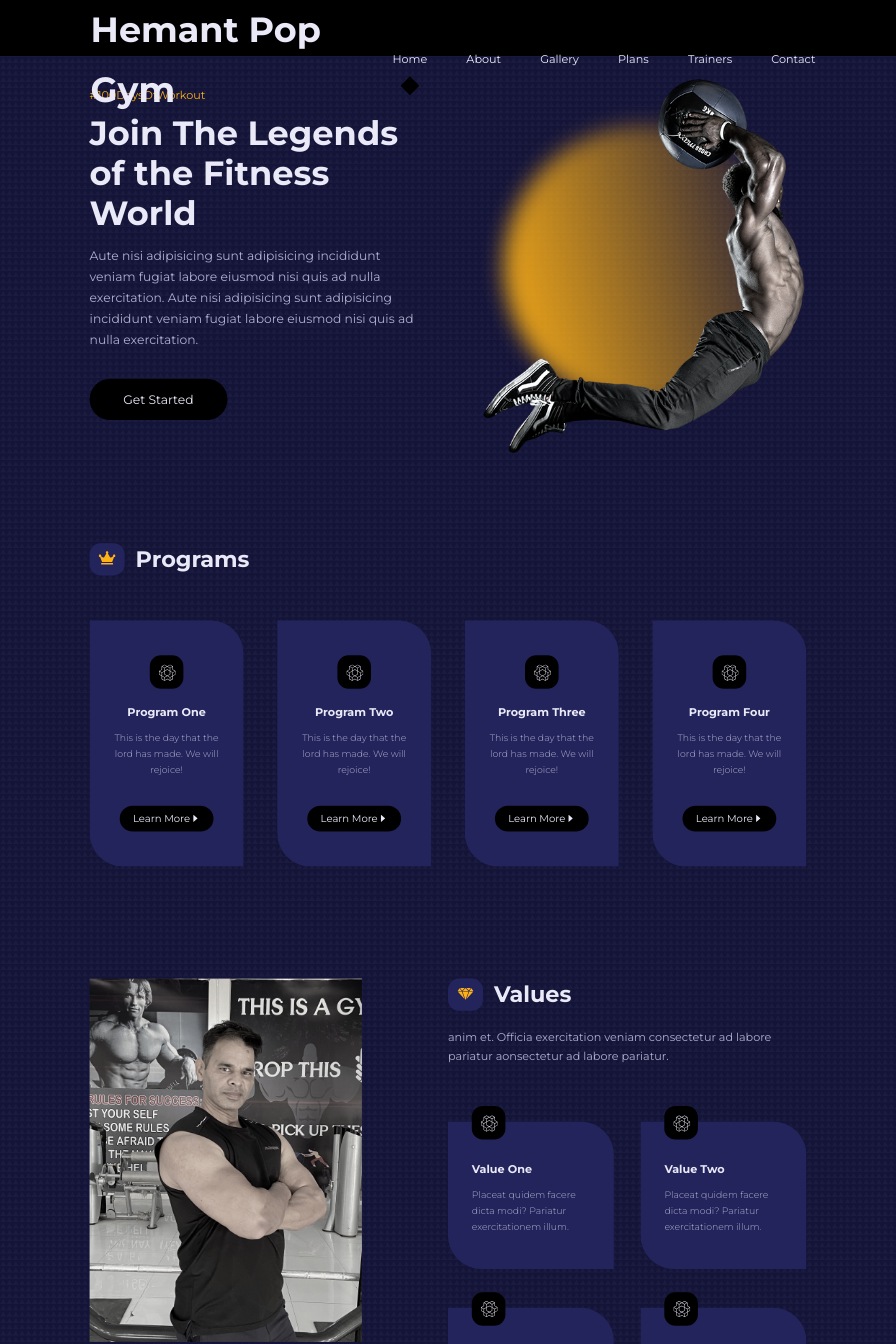
Repository: aryaMode/gym-portfolio
Page: /
The author's editor kept a copy of each file at every save. The page is drawn from the files as they stood at one save, then again after the next save.
The browser window is 1280 px wide. The pictures show the part of the page from y = 0 to 1920 px (the page is 3960 px tall), at 70% of full size.
The project was rebuilt for these pictures with package versions that can differ from the ones it lists, and the page was loaded fresh each time. Also part of the build but not shown: src/pages/about/about.css, src/components/Header.jsx, src/pages/about/About.jsx, src/pages/contact/contact.css, src/pages/contact/Contact.jsx, src/pages/gallery/gallery.css, src/pages/gallery/Gallery.jsx, src/pages/notFound/notFound.css and 6 more.

Above is the page before, as saved 2023-07-20 16:17:34.

### public/index.html
<!DOCTYPE html>
<html lang="en">

<head>
    <meta charset="UTF-8">
    <meta http-equiv="X-UA-Compatible" content="IE=edge">
    <meta name="viewport" content="width=device-width, initial-scale=1.0">
    <title>Portfolio Website</title>
    <!-- GOOGLE FONTS (montserrat) -->
    <link href="https://fonts.googleapis.com/css2?family=Montserrat:wght@300;400;500;600;700&display=swap"
        rel="stylesheet">
</head>

<body>
    <div id="root"></div>
</body>

</html>

### src/App.jsx
// rafce -> shortcut to create component and export
import { BrowserRouter, Routes, Route } from "react-router-dom";
import React from "react";
import Home from "./pages/home/Home";
import About from "./pages/about/About";
import Contact from "./pages/contact/Contact";
import Gallery from "./pages/gallery/Gallery";
import NotFound from "./pages/notFound/NotFound";
import Plans from "./pages/plans/Plans";
import Trainers from "./pages/trainers/Trainers";
import Navbar from "./components/Navbar";
import Footer from "./components/Footer";

const App = () => {
	return (
		<BrowserRouter>
			<Navbar />
			<Routes>
				<Route index element={<Home />} />
				<Route path="about" element={<About />} />
				<Route path="contact" element={<Contact />} />
				<Route path="gallery" element={<Gallery />} />
				<Route path="plans" element={<Plans />} />
				<Route path="trainers" element={<Trainers />} />
				<Route path="*" element={<NotFound />} />
			</Routes>
			<Footer />
		</BrowserRouter>
	);
};

export default App;

### src/index.css
 *, *::before, *::after{
    margin: 0;
    padding: 0;
    border: 0;
    outline: 0;
    list-style: none;
    text-decoration: none;
    box-sizing: border-box;
 }

 /* CSS Global variable starts with :root {...} check w3school docs for more  info */
 :root{
    --primary-hue: 210;
    --gray-hue: 240;
    /* hsl (hue, saturation, lightness) */
    --color-primary: black;
    --color-primary-variant: hsl(var(--primary-hue), 100%, 65%);
    --color-secondary: #ffb116;
    --color-gray-100: hsl(var(--gray-hue), 47%, 94%); /*almost white colour lightness is almost 100%*/
    --color-gray-200: hsl(var(--gray-hue), 26%, 75%);
    --color-gray-300: hsl(var(--gray-hue), 24%, 64%);
    --color-gray-400: hsl(var(--gray-hue), 16%, 41%);
    --color-gray-500: hsl(var(--gray-hue), 44%, 25%);
    --color-gray-600: hsl(var(--gray-hue), 48%, 15%);

    --container-width-lg: 80%;
    --container-width-md: 90%;

    --transition: all 500ms ease; /* make sure all transition have a constant effect*/
 }

  /******************** GENERAL STYLES ********************/
  body{
    font-family: "Montserrat", sans-serif;
    color: var(--color-gray-200);
    line-height: 1.7;
    overflow-x: hidden;
    background: var(--color-gray-600) url(./images/bg_texture.png);
  }

  .container{
    width: var(--container-width-lg);
    max-width: 1920px;
    margin-inline: auto;
  }

  h1, h2, h3, h4, h5 {
    line-height: 1.2;
    color: var(--color-gray-100);
  }

  h1 {
    font-size: 3rem;
  }

  h2 {
    font-size: 2rem ;
  }

  a {
    color: var(--color-gray-100);
  }

  img{
    display: block;
    object-fit: cover;
    width: 100%;
}

.btn {
    color: var(--color-gray-100);
    width: fit-content;
    margin: 0 auto;
    padding: 0.9rem 2rem;
    background: var(--color-primary);
    border-radius: 1.5rem;
    transition: var(--transition);
}

.btn:hover {
    background: var(--color-secondary);
    color: var(--color-gray-600);
}

.btn.lg {
    padding: 1.2rem 3rem;
    border-radius: 2rem;
    font-size: 1.1rem;
}

.btn.sm {
    padding: 0.4rem 1.2rem;
    font-size: 0.9rem;
}

.btn.sm:hover {
    background: var(--color-gray-100);
}

/******************** SECTION REUSABLE STYLES ********************/
section {
    margin-top: 10rem;
}

.section__head {
    display: flex;
    align-items: center;
    gap: 1rem;
}

.section__head span {
    background: var(--color-gray-500);
    padding: 0.3rem 0.8rem 0;
    border-radius: 1rem;
    color: var(--color-secondary);
    font-size: 1.5rem;
}

.card {
    background: var(--color-gray-500);
    border: 2px solid transparent;
    text-align: center;
    padding: 3rem 2rem;
    border-radius: 0 3rem 0 3rem;
    transition: var(--transition);
}

.card:hover {
    background: transparent;
    border-color: var(--color-gray-400);
    cursor: default;
}

.card span {
    width: 3rem;
    height: 3rem;
    background: var(--color-primary);
    color: var(--color-gray-100);
    font-size: 1.5rem;
    padding: 0.8rem;
    display: grid;
    place-items: center;
    margin-bottom: 1.5rem;
    margin-inline: auto;
    border-radius: 1rem;
    transition: var(--transition);
}

.card:hover span {
    background: var(--color-secondary);
    color: var(--color-gray-500)
}

.card small {
    margin-top: 1rem;
    display: block;
    font-weight: 300;
}

.header {
    margin-top: 5rem;
    height: 20rem;
    overflow: hidden;
    border-bottom: 2px solid var(--color-gray-400);
}

.header__container {
    width: 100%;
    height: 100%;
    position: relative;
    display: grid;
    place-items: center;
    background: #0000;
}

.header__container-lg {
    position: absolute;
    width: 100%;
}

.header__container-lg img {
    opacity: 0.5;
}

.header__content {
    position: relative;
    width: 44%;
    margin: 0 auto;
    text-align: center;
    color: var(--color-gray-100);
}

.header__content h2 {
    margin-bottom: 1rem;
}

.header__content p {
    color: rgba(255, 255, 255, 0.7, green, blue, alpha);
}






/******************** MEADIA QUERIES (medium screens) ********************/
@media screen and (max-width: 1024px) {
    .container {
        width: var(--container-width-md);
    }

    h1 {
        font-size: 2rem;
    }

    h2 {
        font-size: 1.6rem;
    }

    .header__content {
        width: 76%;
    }
}

/******************** MEADIA QUERIES (small screens) ********************/
@media screen and (max-width: 600px) {
    h1 {
        font-size: 2.2rem;
        line-height: 1.3;
    }

    section {
        margin-top: 7rem;
    }

    .header {
        height: fit-content;
    }

    .header__content {
        width: var(--container-width-md);
        padding: 3rem 0;
    }

    .header__content p {
        font-size: 0.85rem;
    }
}

### src/pages/home/Home.jsx
import React from "react";
import "./home.css";
import MainHeader from "../../components/MainHeader";
import Program from "../../components/Program";
import Values from "../../components/Values";
import FAQs from "../../components/FAQs";
import Testimonial from "../../components/Testimonial";
// import Footer from "../../components/Footer";

const Home = () => {
	return (
		<>
			<MainHeader />
			<Program />
			<Values />
			<FAQs />
			<Testimonial />
			{/* <Footer /> comment this out so footer wount be double */}
		</>
	);
};

export default Home;

### src/components/Navbar.jsx
import { useState } from "react";
import { Link, NavLink } from "react-router-dom";
// NavLink comes with an isactive prop which we can use to detect which page we on
// so we can have a special style for that link
import React from "react";
import Logo from "../images/logo.png";
import { links } from "../data";
import { GoThreeBars } from "react-icons/go";
import { MdOutlineClose } from "react-icons/md";
import "./navbar.css";

const Navbar = () => {
	const [isNavShowing, setIsNavShowing] = useState(false);

	const handleNavToggle = () => {
		return setIsNavShowing((prevVAlue) => {
			return !prevVAlue;
		});
	};

	return (
		<nav>
			<div className="container nav__container">
				<Link to="/" className="logo" onClick={handleNavToggle}>
					{/* <img src={Logo} alt="Nav-logo" /> */}
					<div>Hemant Pop Gym</div>
				</Link>
				<ul
					className={`nav__links ${isNavShowing ? "show__nav" : "hide__nav"}`}
				>
					{/* Destructure the links array of object from the links to get each item */}
					{links.map(({ name, path }, index) => {
						return (
							<li key={index}>
								<NavLink
									to={path}
									className={({ isActive }) => (isActive ? "active-nav" : "")}
									onClick={handleNavToggle}
								>
									{name}
								</NavLink>
							</li>
						);
					})}
				</ul>
				<button onClick={handleNavToggle} className="nav__toggle-btn">
					{isNavShowing ? <MdOutlineClose /> : <GoThreeBars />}
				</button>
			</div>
		</nav>
	);
};

export default Navbar;

// export PATH=$PATH:/home/daveworld/bin

### src/components/Footer.jsx
import React from "react";
import { Link } from "react-router-dom";
import Logo from "../images/logo.png";
import { FaLinkedin } from "react-icons/fa";
import { FaFacebookF } from "react-icons/fa";
import { AiOutlineTwitter } from "react-icons/ai";
import { AiFillInstagram } from "react-icons/ai";

const Footer = () => {
	return (
		<footer>
			<div className="container footer__container">
				<article>
					<Link to="/" className="logo">
						{/* <img src={Logo} alt="Footer Logo" /> */}
						<h1>Hemant Pop Gym</h1>
					</Link>
					<p>
						Consectetur non nostrud enim nostrud est culpa ullamco incididunt
						nisi. Consectetur non nostrud enim nostrud est culpa ullamco
						incididunt nisi.
					</p>
					<div className="footer__socials">
						<a
							href="https://www.linkedin.com/in/eniola-ademola-7386161a7/"
							target="_blank"
							rel="noreferrer noopener"
						>
							<FaLinkedin />
						</a>
						<a
							href="https://facebook.com/"
							target="_blank"
							rel="noreferrer noopener"
						>
							<FaFacebookF />
						</a>
						<a
							href="https://twitter.com/_daveworld"
							target="_blank"
							rel="noreferrer noopener"
						>
							<AiOutlineTwitter />
						</a>
						<a
							href="https://instagram.com/_daveworld"
							target="_blank"
							rel="noreferrer noopener"
						>
							<AiFillInstagram />
						</a>
					</div>
				</article>
				<article>
					<h4>Permalinks</h4>
					<Link to="/about">About</Link>
					<Link to="/plans">Plans</Link>
					<Link to="/trainers">Trainers</Link>
					<Link to="/gallery">Gallery</Link>
					<Link to="/contact">Contact</Link>
				</article>
				<article>
					<h4>Insights</h4>
					<Link to="/s">Blog</Link>
					<Link to="/s">Case Studies</Link>
					<Link to="/s">Events</Link>
					<Link to="/s">Communities</Link>
					<Link to="/constact">FAQs</Link>
				</article>
				<article>
					<h4>Get In Touch</h4>
					<Link to="/contact">Plans</Link>
					<Link to="/s">Trainers</Link>
				</article>
			</div>
			<div className="footer__copyright">
				<small> &copy; Eniola Ademola </small>
			</div>
		</footer>
	);
};

export default Footer;

### src/components/MainHeader.jsx
import React from "react";
import { Link } from "react-router-dom";
import Image from "../images/main_header.png";

const MainHeader = () => {
	return (
		<header className="main__header">
			<div className="container main__header-container">
				<div className="main__header-left">
					<h4>#100DaysOfWorkout</h4>
					<h1>Join The Legends of the Fitness World</h1>
					<p>
						Aute nisi adipisicing sunt adipisicing incididunt veniam fugiat
						labore eiusmod nisi quis ad nulla exercitation. Aute nisi
						adipisicing sunt adipisicing incididunt veniam fugiat labore eiusmod
						nisi quis ad nulla exercitation.
					</p>
					<Link to="/plans" className="btn lg">
						Get Started
					</Link>
				</div>
				<div className="main__header-right">
					<div className="main__header-circle"></div>
					<div className="main__header-image">
						<img src={Image} alt="MainHeaderImage" />
					</div>
				</div>
			</div>
		</header>
	);
};

export default MainHeader;

### src/components/Program.jsx
import React from "react";
import { FaCrown } from "react-icons/fa";
import SectionHead from "./SectionHead";
import { programs } from "../data";
import Card from "../UI/Card";
import { Link } from "react-router-dom";
import { AiFillCaretRight } from "react-icons/ai";

const Program = () => {
	return (
		<section className="programs">
			<div className="container programs container">
				<SectionHead icon={<FaCrown />} title="Programs" />

				<div className="program__wrapper">
					{programs.map(({ id, icon, title, info, path }) => {
						return (
							<Card className="programs__program" key={id}>
								<span>{icon}</span>
								<h4>{title}</h4>
								<small>{info}</small>
								<Link to={path} className="btn sm">
									Learn More <AiFillCaretRight />
								</Link>
							</Card>
						);
					})}
				</div>
			</div>
		</section>
	);
};

export default Program;

### src/components/Values.jsx
import React from "react";
import Image from "../images/values.jpg";
import SectionHead from "./SectionHead";
import { GiCutDiamond } from "react-icons/gi";
import { values } from "../data";
import Card from "../UI/Card";

const Values = () => {
	return (
		<section className="values">
			<div className="container values__container">
				<div className="values__left">
					<div className="values__image">
						<img src={Image} alt="values Image" />
					</div>
				</div>
				<div className="values__right">
					<SectionHead icon={<GiCutDiamond />} title="Values" />
					<p>
						anim et. Officia exercitation veniam consectetur ad labore pariatur
						aonsectetur ad labore pariatur.
					</p>
					<div className="values__wrapper">
						{values.map(({ id, icon, title, desc }) => {
							return (
								<Card className="values__value" key={id}>
									<span>{icon}</span>
									<h4>{title}</h4>
									<small>{desc}</small>
								</Card>
							);
						})}
					</div>
				</div>
			</div>
		</section>
	);
};

export default Values;

### src/components/FAQs.jsx
import React from "react";
import { FaQuestion } from "react-icons/fa";
import { faqs } from "../data";
import FAQ from "./FAQ";
import SectionHead from "./SectionHead";
const FAQs = () => {
	return (
		<section className="faqs">
			<div className="container faqs__container">
				<SectionHead icon={<FaQuestion />} title="FAQs" />
				<div className="faqs__wrapper">
					{faqs.map(({ id, question, answer }) => {
						return <FAQ key={id} question={question} answer={answer} />;
					})}
				</div>
			</div>
		</section>
	);
};

export default FAQs;

### src/components/Testimonial.jsx
import React, { useState } from "react";
import SectionHead from "./SectionHead";
import { ImQuotesLeft } from "react-icons/im";
import Card from "../UI/Card";
import {
	IoIosArrowDropleftCircle,
	IoIosArrowDroprightCircle,
} from "react-icons/io";
import { testimonials } from "../data";

const Testimonial = () => {
	const [index, setIndex] = useState(0);
	const { name, quote, job, avatar } = testimonials[index];

	const handlePreviousTestimonial = () => {
		setIndex((prevValue) => {
			return prevValue - 1;
		});
		if (index <= 0) {
			setIndex(testimonials.length - 1);
		}
	};
	const handleAfterTestimonial = () => {
		setIndex((prevValue) => {
			return prevValue + 1;
		});
		if (index >= testimonials.length - 1) {
			setIndex(0);
		}
	};

	return (
		<section className="testimonials">
			<div className="container testimonial__container">
				<SectionHead
					icon={<ImQuotesLeft />}
					title="Testimonials"
					className="testimonials__head"
				/>
				<Card className="testimonial">
					<div className="testimonial__avatar">
						<img src={avatar} alt={name} />
					</div>
					<p className="testimonial__quote">{`"${quote}"`}</p>
					<h5>{name}</h5>
					<small className="testimonial__title">{job}</small>
				</Card>
				<div className="testimonial__btn-container">
					<button
						className="testimonials__btn"
						onClick={handlePreviousTestimonial}
					>
						<IoIosArrowDropleftCircle />
					</button>
					<button
						className="testimonials__btn"
						onClick={handleAfterTestimonial}
					>
						<IoIosArrowDroprightCircle />
					</button>
				</div>
			</div>
		</section>
	);
};

export default Testimonial;

### src/UI/Card.jsx
import React from "react";

const Card = ({ className, children }) => {
	return <article className={`card ${className}`}>{children}</article>;
};

export default Card;

### src/components/navbar.css
nav{
    height: 5rem;
    width: 100vw; /*100% of the window/browser*/
    background: var(--color-primary);
    display: grid;
    place-items: center;
    position: fixed; /*commnt this to see hiden layers*/
    top: 0;
    left: 0;
    z-index: 99; /* makes sure it sit on all items*/
}

/* Only show on medium and small screens */
.nav__toggle-btn {
    display: none;
}

.nav__container {
    height: 100%;

    display: flex;
    justify-content: space-between;
    align-items: center;
    position: relative;
}

.logo{
    width: 50vw;
    font-size: 50px;
    font-weight: bold;
    margin-right: 50px;
    display: flex;
}

.nav__links{
    display: flex;
    gap: 3.5rem;
    align-items: center;
}

.nav__links a {
    transition: var(--transition);
}

.nav__links a:hover {
    color: var(--color-secondary);
}

.active-nav {
    position: relative;
}

.active-nav::after{
    content: "";
    display: block;
    width: 1.2rem;
    height: 1.2rem;
    background-color: var(--color-primary);
    position: absolute;
    left: calc(50% - 0.6rem);
    transform: rotate(45deg);
    margin-top: 0.9rem;
}

 /******************** MEDIA QUERIES (mesium and small screens) ********************/
 @media screen and (max-width: 1024px) {
    .nav__toggle-btn {
        display: inline-block;
        background: transparent;
        font-size: 1.8rem;
        cursor: pointer;
    }

    .nav__toggle-btn svg{
        color: var(--color-gray-100);
    }

    .nav__links {
        position: absolute;
        top: 100%;
        right: 0;
        flex-direction: column;
        gap: 0;
        perspective: 400px;
    }

    .active-nav {
        display: none;
    }

    .active-nav, .active-nav::after{
        display: none;
    }

    .nav__links li {
        height: 4rem;
        width: 100%;
        box-shadow: -2rem 2rem 5rem rgba(0, 0, 0, 0.5);
        animation: navAnimation 600ms ease forwards;
        transform: rotateX(90deg);
        opacity: 0;
        transform-origin: top;
    }

    .nav__links li:nth-child(2) {
        animation-delay: 200ms;
    }
    .nav__links li:nth-child(3) {
        animation-delay: 400ms;
    }
    .nav__links li:nth-child(4) {
        animation-delay: 600ms;
    }
    .nav__links li:nth-child(5) {
        animation-delay: 800ms;
    }
    .nav__links li:nth-child(6) {
        animation-delay: 1s;
    }
    .nav__links li:nth-child(7) {
        animation-delay: 1.2s;
    }

    @keyframes navAnimation {
        to {
            transform: rotateX(0);
            opacity: 1;
        }
    }

    .nav__links li a {
        background-color: var(--color-primary);
        height: 100%;
        width: 100%;
        display: flex;
        align-items: center;
        padding: 1rem 5rem 1rem 3rem;
    }

    .show__nav {
        display: flex;
    }

    .hide__nav {
        display: none;
    }

 }

### src/components/SectionHead.jsx
import React from "react";

// A reuseable component for each section name
const SectionHead = ({ icon, title, className }) => {
	return (
		<div className={`section__head ${className}`}>
			<span>{icon}</span>
			<h2>{title}</h2>
		</div>
	);
};

export default SectionHead;

### src/components/FAQ.jsx
import React, { useState } from "react";
import { AiOutlinePlus } from "react-icons/ai";
import { AiOutlineMinus } from "react-icons/ai";

const FAQ = ({ question, answer }) => {
	const [isAnswerShowing, setIsAnswerShowing] = useState(false);

	const handleFAQ = () => {
		return setIsAnswerShowing((prevValue) => {
			return !prevValue;
		});
	};

	return (
		<article className="faq" onClick={handleFAQ}>
			<div>
				<h4>{question}</h4>
				<button className="faq__icon">
					{isAnswerShowing ? <AiOutlineMinus /> : <AiOutlinePlus />}
				</button>
			</div>
			{isAnswerShowing && <p>{answer}</p>}
		</article>
	);
};

export default FAQ;

Loaded but not shown: src/index.js (common file); src/data.js (320 lines, source omitted); src/pages/home/home.css (412 lines, source omitted)

After the next save:
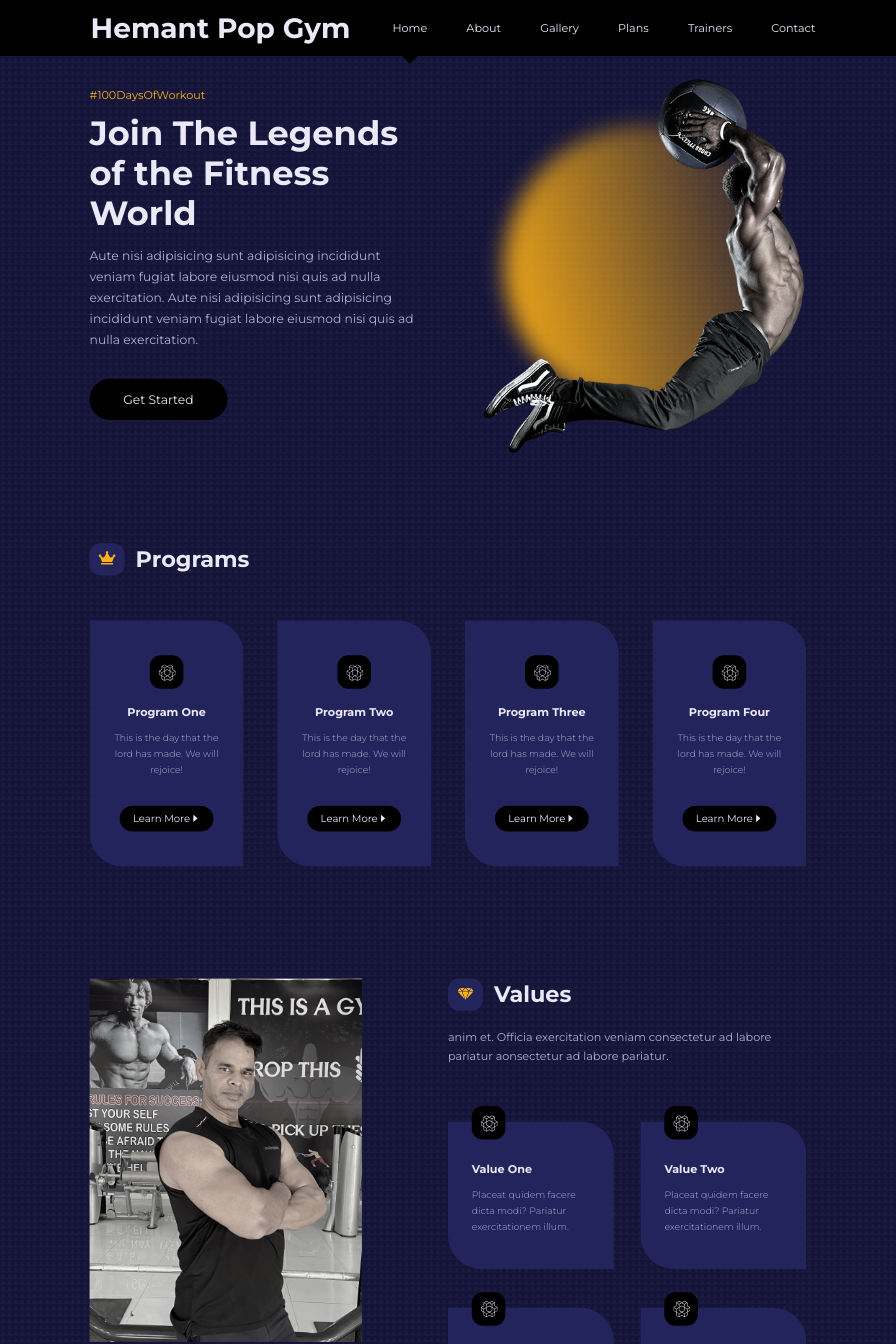
Saved 6 s later.
--- a/src/components/navbar.css
+++ b/src/components/navbar.css
@@ -26,7 +26,7 @@ nav{
 
 .logo{
     width: 50vw;
-    font-size: 50px;
+    font-size: 40px;
     font-weight: bold;
     margin-right: 50px;
     display: flex;
